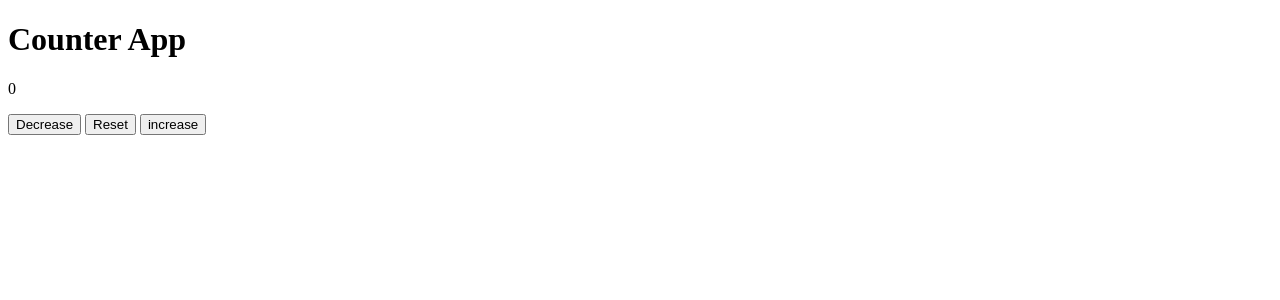
Repository: Yuukicoder/basicProject
Page: project2.html
The author's editor kept a copy of each file at every save. The page is drawn from the files as they stood at one save, then again after the next save.
The browser window is 1280 px wide. The pictures show the whole page.

Above is the page before, as saved 2023-02-24 16:52:42.

After the next save:
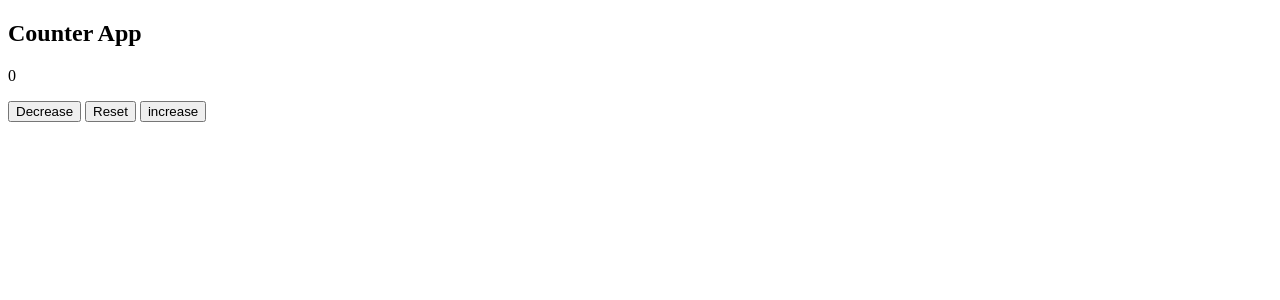
Saved 38 s later.
--- a/project2.html
+++ b/project2.html
@@ -12,13 +12,15 @@
     />
   </head>
   <body>
-    <h1>Counter App</h1>
-    <p class="counter-preview">0</p>
-    <div class="buttons" id="allBtns">
-      <button class="decrement" id="decrement">Decrease</button>
-      <button class="reset" id="reset">Reset</button>
-      <button class="increment" id="increment">increase</button>
-    </div>
+    <section class="box">
+      <h1>Counter App</h1>
+      <p class="counter-preview">0</p>
+      <div class="buttons" id="allBtns">
+        <button class="decrement" id="decrement">Decrease</button>
+        <button class="reset" id="reset">Reset</button>
+        <button class="increment" id="increment">increase</button>
+      </div>
+    </section>
     <script src="assets/js/project2.js"></script>
   </body>
 </html>
